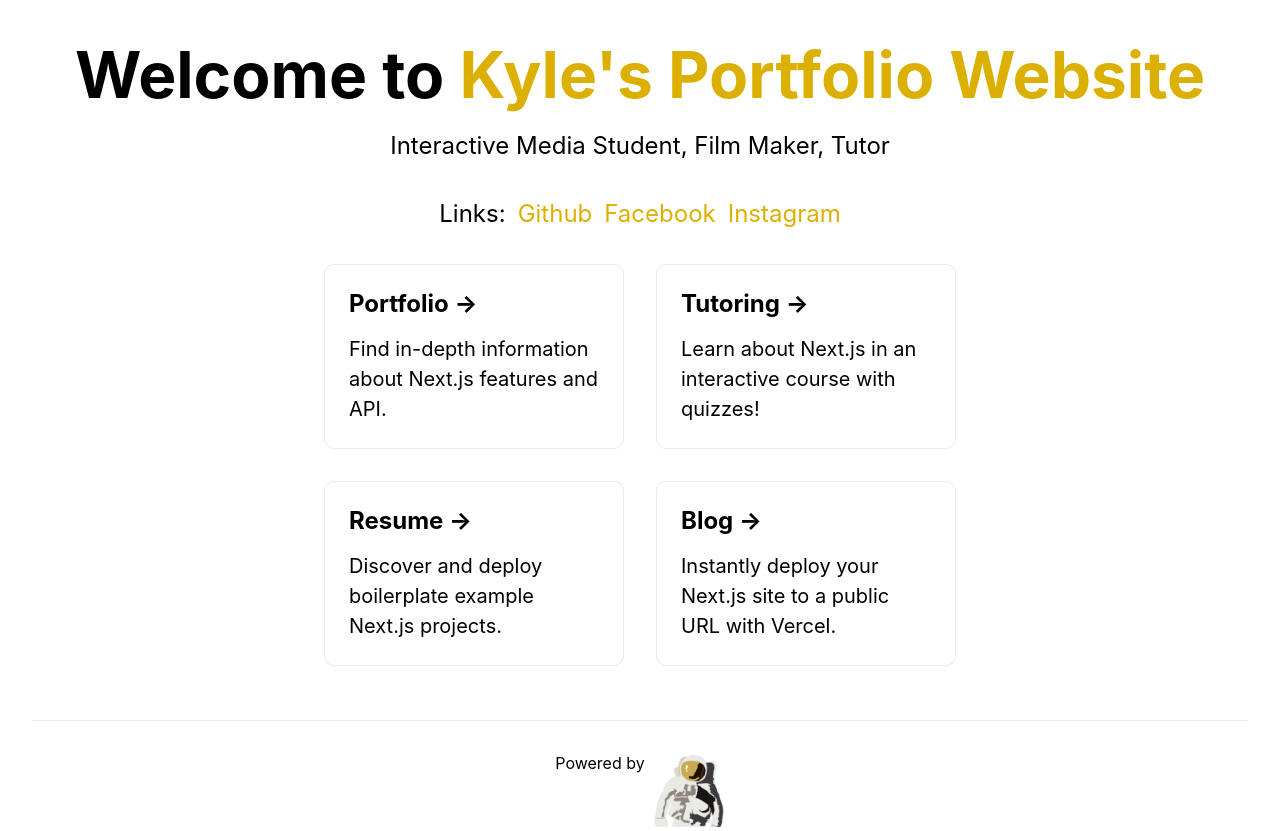
Repository: neomort/CL-portfolio-site
Page: /
The author's editor kept a copy of each file at every save. The page is drawn from the files as they stood at one save, then again after the next save.
The browser window is 1280 px wide. The pictures show the whole page.
The project was rebuilt for these pictures with package versions that can differ from the ones it lists, and the page was loaded fresh each time. The framework's server and built-in components were replaced by stand-ins that run in the browser. Also part of the build but not shown: next.config.js.

Above is the page before, as saved 2021-12-14 14:33:36.

After the next save:
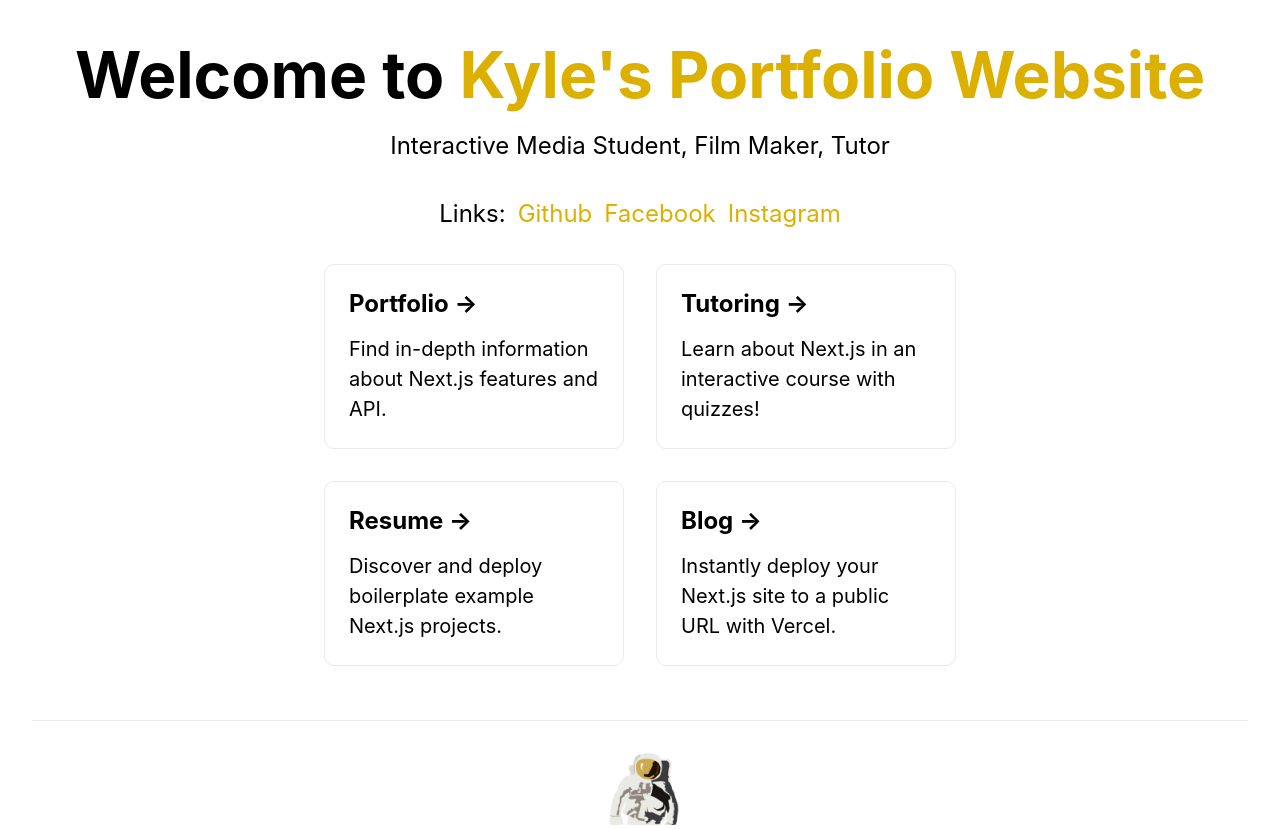
Saved 22 s later.
--- a/pages/index.js
+++ b/pages/index.js
@@ -65,7 +65,7 @@ export default function Home() {
           target="_blank"
           rel="noopener noreferrer"
         >
-          Powered by{' '}
+
           <span className={styles.logo}>
             <Image src="/images/favicons/apple-touch-icon.png" alt="Spaceman" width={72} height={72} />
           </span>
